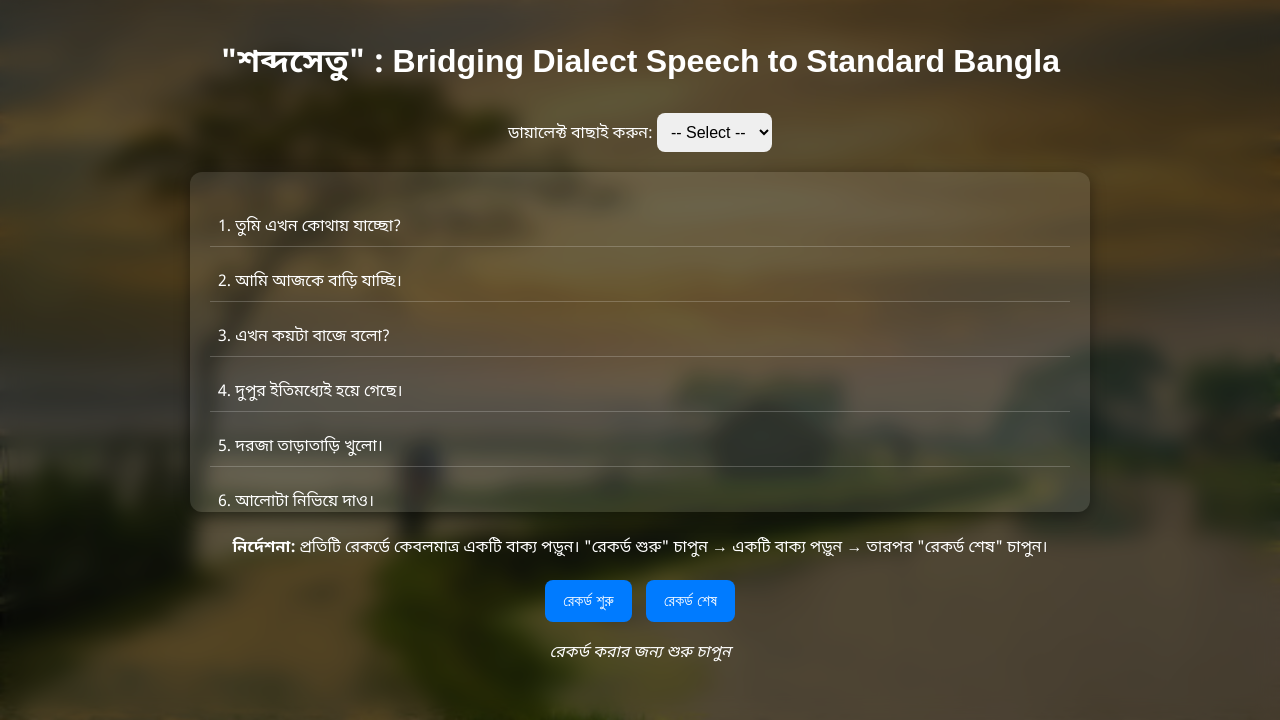
Repository: Sayeem-Velocity/shobdotori-where-dialects-flow-into-bangla
Page: index.html
The author's editor kept a copy of each file at every save. The page is drawn from the files as they stood at one save, then again after the next save.
The browser window is 1280 px wide. The pictures show the whole page.
Backgrounds fixed to the window are drawn as part of the page.

Above is the page before, as saved 2025-08-31 15:00:17.

After the next save:
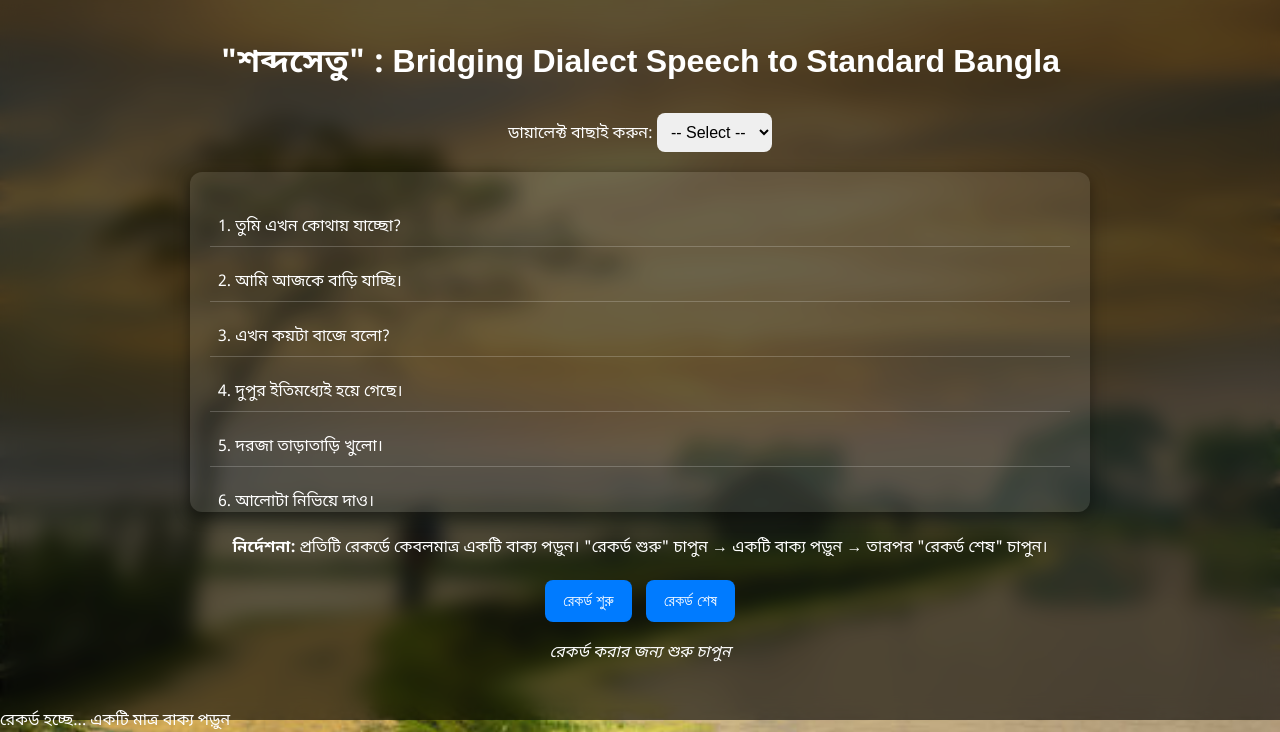
Saved 5 min 40 s later.
--- a/index.html
+++ b/index.html
@@ -58,6 +58,12 @@
     </div>
   </div>
 
+  <!-- Floating Recording Box -->
+  <div id="recordingBox" class="recording-box hidden">
+    <div class="dot"></div>
+    <span>রেকর্ড হচ্ছে... একটি মাত্র বাক্য পড়ুন</span>
+  </div>
+
   <script src="js/app.js"></script>
 </body>
 </html>

After the 2 saves that followed:
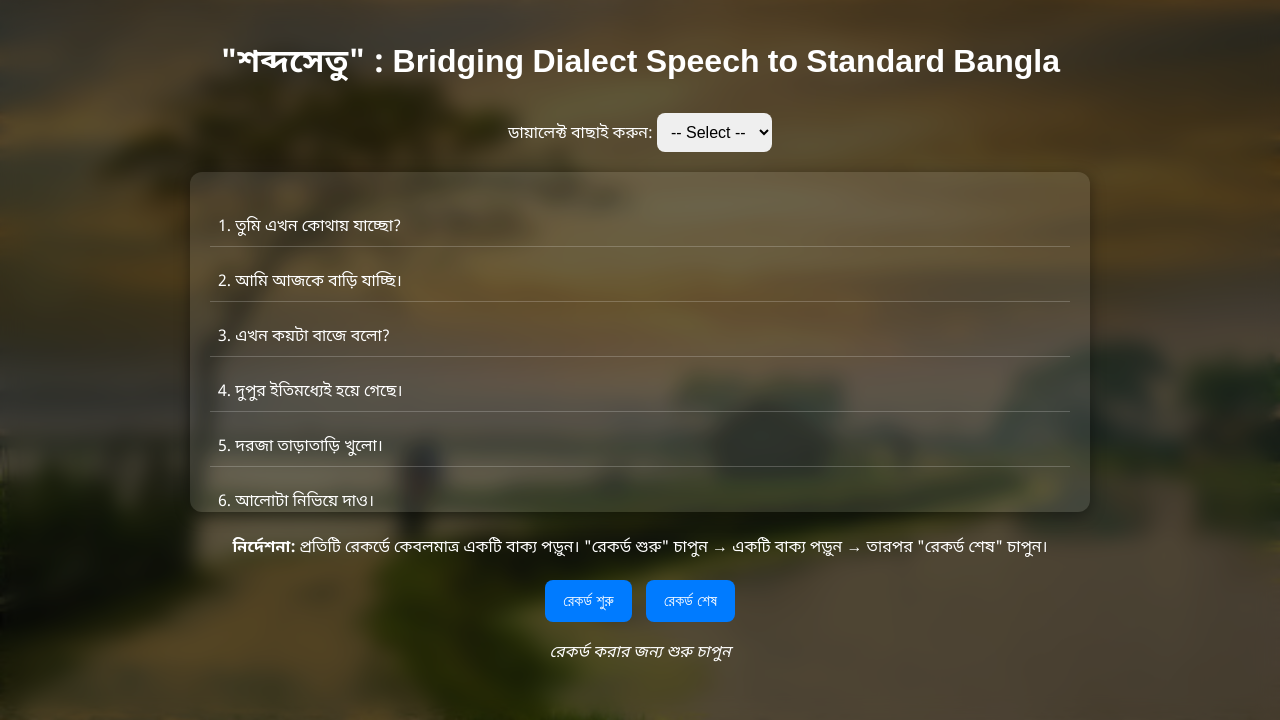
The 2 saves are shown as one change because 1 left the picture as it was.
The last was saved 46 s later.
--- a/index.html
+++ b/index.html
@@ -61,7 +61,7 @@
   <!-- Floating Recording Box -->
   <div id="recordingBox" class="recording-box hidden">
     <div class="dot"></div>
-    <span>রেকর্ড হচ্ছে... একটি মাত্র বাক্য পড়ুন</span>
+    <span id="recordingText">রেকর্ড হচ্ছে... একটি মাত্র বাক্য পড়ুন</span>
   </div>
 
   <script src="js/app.js"></script>
--- a/css/style.css
+++ b/css/style.css
@@ -13,13 +13,8 @@ body {
   position: fixed;
   top: 0; left: 0; right: 0; bottom: 0;
   background: rgba(0, 0, 0, 0.6);
-
-  /* Blur for modern browsers */
   backdrop-filter: blur(10px);
-
-  /* Safari / iOS fallback */
   -webkit-backdrop-filter: blur(10px);
-
   z-index: -1;
 }
 
@@ -96,6 +91,47 @@ button:hover {
   font-style: italic;
 }
 
+/* Floating Recording Box */
+.recording-box {
+  position: fixed;
+  bottom: 20px;
+  right: 20px;
+  background: rgba(220, 0, 0, 0.9);
+  color: white;
+  padding: 12px 18px;
+  border-radius: 10px;
+  font-size: 16px;
+  font-weight: bold;
+  display: flex;
+  align-items: center;
+  gap: 10px;
+  box-shadow: 0 4px 10px rgba(0,0,0,0.5);
+  animation: slideUp 0.4s ease-out;
+}
+
+.recording-box.hidden {
+  display: none;
+}
+
+.dot {
+  width: 12px;
+  height: 12px;
+  background: #ff0000;
+  border-radius: 50%;
+  animation: blink 1s infinite;
+}
+
+@keyframes blink {
+  0% { opacity: 1; }
+  50% { opacity: 0.2; }
+  100% { opacity: 1; }
+}
+
+@keyframes slideUp {
+  from { transform: translateY(50px); opacity: 0; }
+  to { transform: translateY(0); opacity: 1; }
+}
+
 @keyframes float {
   0% { transform: translateY(0);}
   50% { transform: translateY(-10px);}
